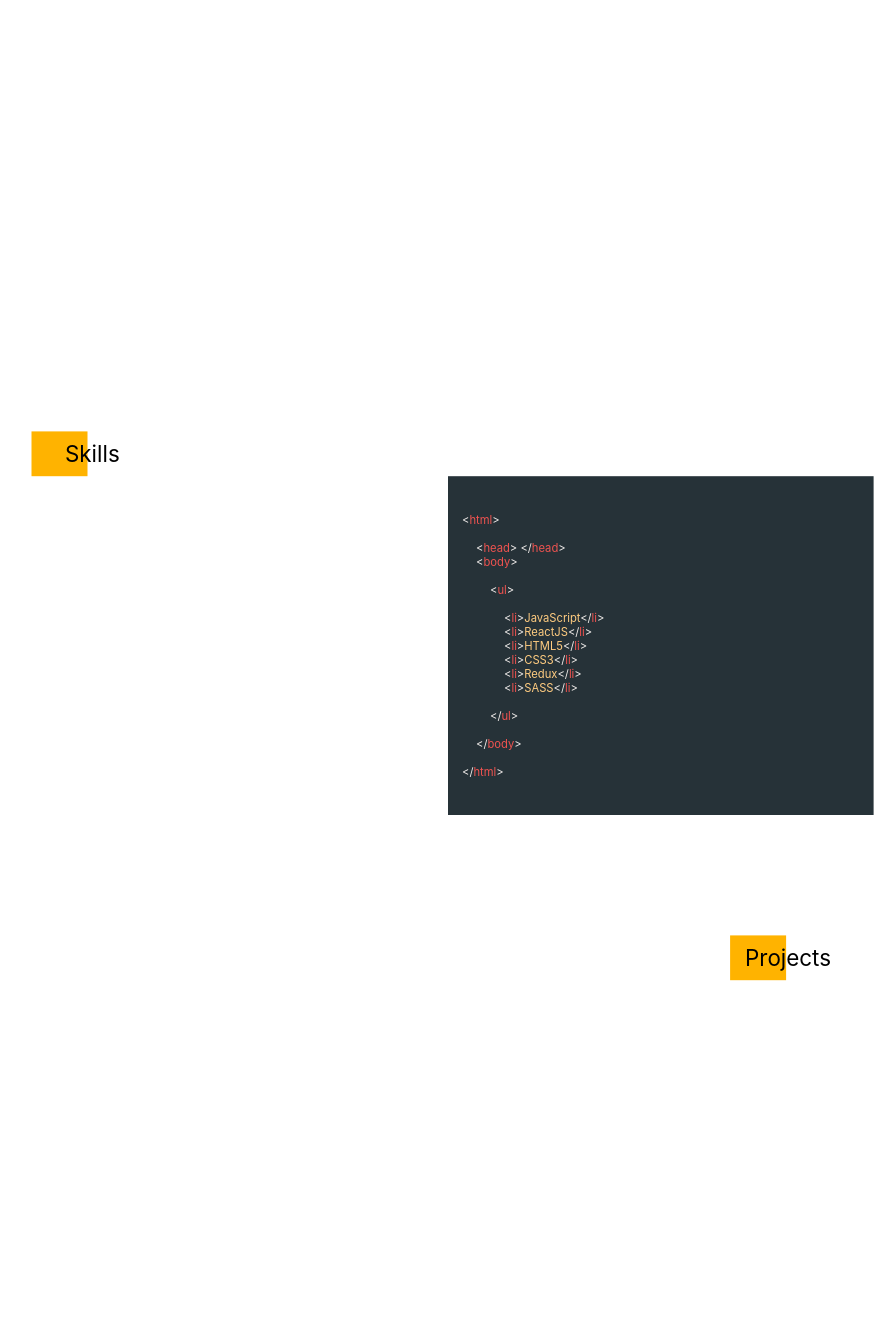
Repository: SebastianArmata22/Portfolio
Page: /
An editor plug-in stored every save of this project. The page is shown before and after the next save, followed by the edit.
The browser window is 1280 px wide. The pictures show the part of the page from y = 856 to 2776 px (the page is 3664 px tall), at 70% of full size.
The project was rebuilt for these pictures with package versions that can differ from the ones it lists, and the page was loaded fresh each time.

Above is the page before, as saved 2021-02-24 18:13:15.

### public/index.html
<!DOCTYPE html>
<html lang="en">
  <head>
    <meta charset="utf-8" />
    <link rel="icon" href="%PUBLIC_URL%/favicon.ico" />
    <meta name="viewport" content="width=device-width, initial-scale=1" />
    <meta name="theme-color" content="#000000" />
    <meta
      name="description"
      content="Web site created using create-react-app"
    />
    <link rel="apple-touch-icon" href="%PUBLIC_URL%/logo192.png" />
    <!--
      manifest.json provides metadata used when your web app is installed on a
      user's mobile device or desktop. See https://developers.google.com/web/fundamentals/web-app-manifest/
    -->
    <link rel="manifest" href="%PUBLIC_URL%/manifest.json" />
    <!--
      Notice the use of %PUBLIC_URL% in the tags above.
      It will be replaced with the URL of the `public` folder during the build.
      Only files inside the `public` folder can be referenced from the HTML.

      Unlike "/favicon.ico" or "favicon.ico", "%PUBLIC_URL%/favicon.ico" will
      work correctly both with client-side routing and a non-root public URL.
      Learn how to configure a non-root public URL by running `npm run build`.
    -->
    <title>Sebastian Armata</title>
  </head>
  <body>
    <noscript>You need to enable JavaScript to run this app.</noscript>
    <div id="root"></div>
    <!--
      This HTML file is a template.
      If you open it directly in the browser, you will see an empty page.

      You can add webfonts, meta tags, or analytics to this file.
      The build step will place the bundled scripts into the <body> tag.

      To begin the development, run `npm start` or `yarn start`.
      To create a production bundle, use `npm run build` or `yarn build`.
    -->
  </body>
</html>

### src/App.js
import './App.css'
//components
import Header from './components/header/Header'
import MainPage from './components/mainPage/MainPage'
import Skills from './components/skills/Skills'
import AboutMe from './components/aboutMe/AboutMe'
import Contact from './components/contact/Contact'
import Footer from './components/footer/Footer'
import Projects from './components/projects/Projects'

function App() {
  return (
    <div className="App">
      <header>
        <Header />
      </header>
      <main>
        <MainPage />
        <AboutMe />
        <Skills />
        <Projects />
        <Contact />
      </main>
      <footer>
        <Footer />
      </footer>
    </div>
  );
}

export default App;

### src/App.css
html, body,*{
    margin: 0;
    padding: 0;

}
*{
    box-sizing: border-box;
}

### src/components/header/Header.js
import classes from './header.module.scss'
import React from 'react'
import logo from '../../icons/logo_armata.svg'

const Header = ()=>{
    return(
        <div className={classes.header}>
            <img src={logo} alt="logo"></img>
            <ul>
                <li>About me</li>
                <li>Skills</li>
                <li>Projects</li>
                <li>Contact</li>
            </ul>
        </div>
    )
}
export default Header

### src/components/mainPage/MainPage.js
import classes from './mainPage.module.scss'
import React from 'react'

const MainPage = ()=>{
    return(
        <div className={classes.main_page_container}>
            <div>
                <p><span>Hello,</span></p>
                <p>I'm Sebastian Armata</p>
                <p>A Frontend <span>Developer</span></p>
            </div>
            <div></div>
        </div>
    )
}
export default MainPage

### src/components/skills/Skills.js
import classes from './skills.module.scss'
import React from 'react'
import ConsoleSkills from '../consoleSkills/ConsoleSkills'

const Skills = ()=>{

    return(
        <div className={classes.skills}>
            <header>
                <p>Skills</p>
            </header>
            <main>
                <div></div>
                <div>
                    <ConsoleSkills />
                </div>
            </main>
        </div>
    )
}
export default Skills

### src/components/aboutMe/AboutMe.js
import classes from './aboutme.module.scss'
import React from 'react'

const AboutMe = ()=>{
    return(
        <div className={classes.aboutMe}>
            <header>
                <p>About me</p>
            </header>
        </div>
    )
}
export default AboutMe

### src/components/contact/Contact.js
import classes from './contact.module.scss'
import React from 'react'

const Contact = ()=>{
    return(
        <div className={classes.contact}>
        <header>
            <p>Contact</p>
        </header>
    </div>
    )
}
export default Contact

### src/components/footer/Footer.js
import classes from './footer.module.scss'
import React from 'react'

const Footer = ()=>{
    return(
        <div className={classes.footer}>
            <p>Sebastian Armata </p>
        </div>
        )
}
export default Footer

### src/components/projects/Projects.js
import classes from './projects.module.scss'
import React from 'react'

const Projects = ()=>{
    return(
        <div className={classes.projects}>
            <header>
                <p>Projects</p>
            </header>
        </div>
    )
}
export default Projects

### src/components/header/header.module.scss
@import '../../variables.scss';

.header{
    height: 5rem;
    width: 100%;
    background-color: $third-main-color;
    display: flex;
    align-items: center;
    justify-content: space-between;
    padding: 1rem;
    img{
        padding: 0 2rem;
        height: 50px;
    }
    ul{
        display: flex;
        align-items: center;
        justify-content: space-between;
        width: 50%;
        li{
            list-style: none;
            text-align: center;
            color: $second-main-color;
            width: 10rem;
            font-size: 1rem;
            cursor: pointer;
            &:hover{
                color: $first-main-color;
            }
        }
    }
}

### src/components/mainPage/mainPage.module.scss
@import '../../variables.scss';

.main_page_container{
    height: calc(100vh - 5rem);
    width: 100%;
    background-color: $third-main-color;
    @include flex-container;
    padding: 3rem;
    div{
        width: 50%;
        height: 100%;
        display: flex;
        justify-content: center;
        flex-direction: column;
    }
    p{
        color: $second-main-color;
        font-size: 2rem;
        span{
            color: $first-main-color;
            font-size: 3rem;
        }
    }
}

### src/components/skills/skills.module.scss
@import '../../variables.scss';
.skills{
    width: 100%;
    height: 100vh;
    padding: 2rem;
    header{
        @include flex-container;
        p{
            position: relative;
            font-size: 2rem;
            height: 4rem;
            width: 90%;
            display: flex;
            align-items: center;
            &::after{
                display: block;
                content: "";
                    width: 5rem;
                    height: 100%;
                    z-index: -1;
                    position: absolute;
                    top:0;
                    left: -3rem;
                    background-color: $first-main-color;
            }
        }
    }
    main{
        display: flex;
        >div{
            width: 50%;
            height: calc(100vh - 5rem);
        }
    }
}

### src/components/consoleSkills/ConsoleSkills.js
import classes from './consoleSkills.module.scss'
import React from 'react'

const ConsoleSkills=()=>{
    return(
        <div className={classes.console_content}>
                            <ul>
                                <li>&lt;<span className={classes.html_text}>html</span>&gt;</li>
                                <li>
                                  <ul className="no-top-padding">
                                    <li>
                                      &lt;<span className={classes.html_text}>head</span>&gt;
                                      &lt;/<span className={classes.html_text}>head</span>&gt;
                                    </li>
                                    <li>&lt;<span className={classes.html_text}>body</span>&gt;</li>
                                    <li>
                                      <ul className="no-top-padding">
                                        <li>&lt;<span className={classes.html_text}>ul</span>&gt;</li>
                                        <ul className="no-top-padding">
                                          <li>
                                            &lt;<span className={classes.html_text}>li</span>&gt;
                                            <span className={classes.html_text_2}>JavaScript</span>
                                            &lt;/<span className={classes.html_text}>li</span>&gt;</li>
                                          <li>
                                            &lt;<span className={classes.html_text}>li</span>&gt;
                                            <span className={classes.html_text_2}>ReactJS</span>
                                            &lt;/<span className={classes.html_text}>li</span>&gt;
                                          </li>
                                          <li>
                                            &lt;<span className={classes.html_text}>li</span>&gt;
                                            <span className={classes.html_text_2}>HTML5</span>
                                            &lt;/<span className={classes.html_text}>li</span>&gt;
                                          </li>
                                          <li>
                                            &lt;<span className={classes.html_text}>li</span>&gt;
                                            <span className={classes.html_text_2}>CSS3</span>
                                            &lt;/<span className={classes.html_text}>li</span>&gt;
                                          </li>
                                          <li>
                                            &lt;<span className={classes.html_text}>li</span>&gt;
                                            <span className={classes.html_text_2}>Redux</span>
                                            &lt;/<span className={classes.html_text}>li</span>&gt;
                                          </li>
                                          <li>
                                            &lt;<span className={classes.html_text}>li</span>&gt;
                                            <span className={classes.html_text_2}>SASS</span>
                                            &lt;/<span className={classes.html_text}>li</span>&gt;
                                          </li>
                                        </ul>
                                        <li>&lt;/<span className={classes.html_text}>ul</span>&gt;</li>
                                      </ul>
                                    </li>
                                    <li>&lt;/<span className={classes.html_text}>body</span>&gt;</li>
                                  </ul>
                                </li>
                                <li>&lt;/<span className={classes.html_text}>html</span>&gt;</li>
                            </ul>
                        </div>

    )
}
export default ConsoleSkills

### src/components/aboutMe/aboutme.module.scss
@import '../../variables.scss';

.aboutMe{
    width: 100%;
    height: 100vh;
    padding: 2rem;
    header{
        @include flex-container;
        p{
            position: relative;
            font-size: 2rem;
            height: 4rem;
            width: 90%;
            display: flex;
            align-items: center;
            justify-content: flex-end;
            &::after{
                display: block;
                content: "";
                    width: 5rem;
                    height: 100%;
                    z-index: -1;
                    position: absolute;
                    top:0;
                    right: -2rem;
                    background-color: $first-main-color;
            }
        }
    }
}

### src/components/contact/contact.module.scss
@import '../../variables.scss';
.contact{
    width: 100%;
    height: 100vh;
    padding: 2rem;
    header{
        @include flex-container;
        p{
            position: relative;
            font-size: 2rem;
            height: 4rem;
            width: 90%;
            display: flex;
            align-items: center;
            &::after{
                display: block;
                content: "";
                    width: 5rem;
                    height: 100%;
                    z-index: -1;
                    position: absolute;
                    top:0;
                    left: 4rem;
                    background-color: $first-main-color;
            }
        }
    }
}

### src/components/footer/footer.module.scss
@import '../../variables.scss';
.footer{
    height: 4rem;
    background-color: $first-main-color;
    @include flex-container;
    color: $second-main-color;
    font-size: 1.25rem;
}

### src/components/projects/projects.module.scss
@import '../../variables.scss';
.projects{
    width: 100%;
    height: 100vh;
    padding: 2rem;
    header{
        @include flex-container;
        p{
            position: relative;
            font-size: 2rem;
            height: 4rem;
            width: 90%;
            display: flex;
            align-items: center;
            justify-content: flex-end;
            &::after{
                display: block;
                content: "";
                    width: 5rem;
                    height: 100%;
                    z-index: -1;
                    position: absolute;
                    top:0;
                    right: 4rem;
                    background-color: $first-main-color;
            }
        }
    }
}

### src/variables.scss
$first-main-color: #FFB300;
$second-main-color: #fff;
$third-main-color:#000;
@mixin flex-container {
    display: flex;
    align-items: center;
    justify-content: center;
}

### src/components/consoleSkills/consoleSkills.module.scss
.console_content{
    background-color: #263238;
    padding: 2rem 0;
}
ul {
    list-style: none;
    color: #EFEBE9;
    padding-left: 20px;
    padding-right: 20px;
    margin-top: 20px;
    margin-bottom: 20px;
  }
.html_text {
    color: #EF5350;
  }
  .html_text_2 {
    color: #FFCC80;
  }

Loaded but not shown: src/index.js (common file); src/index.css (common file); src/reportWebVitals.js (common file)

After the next save:
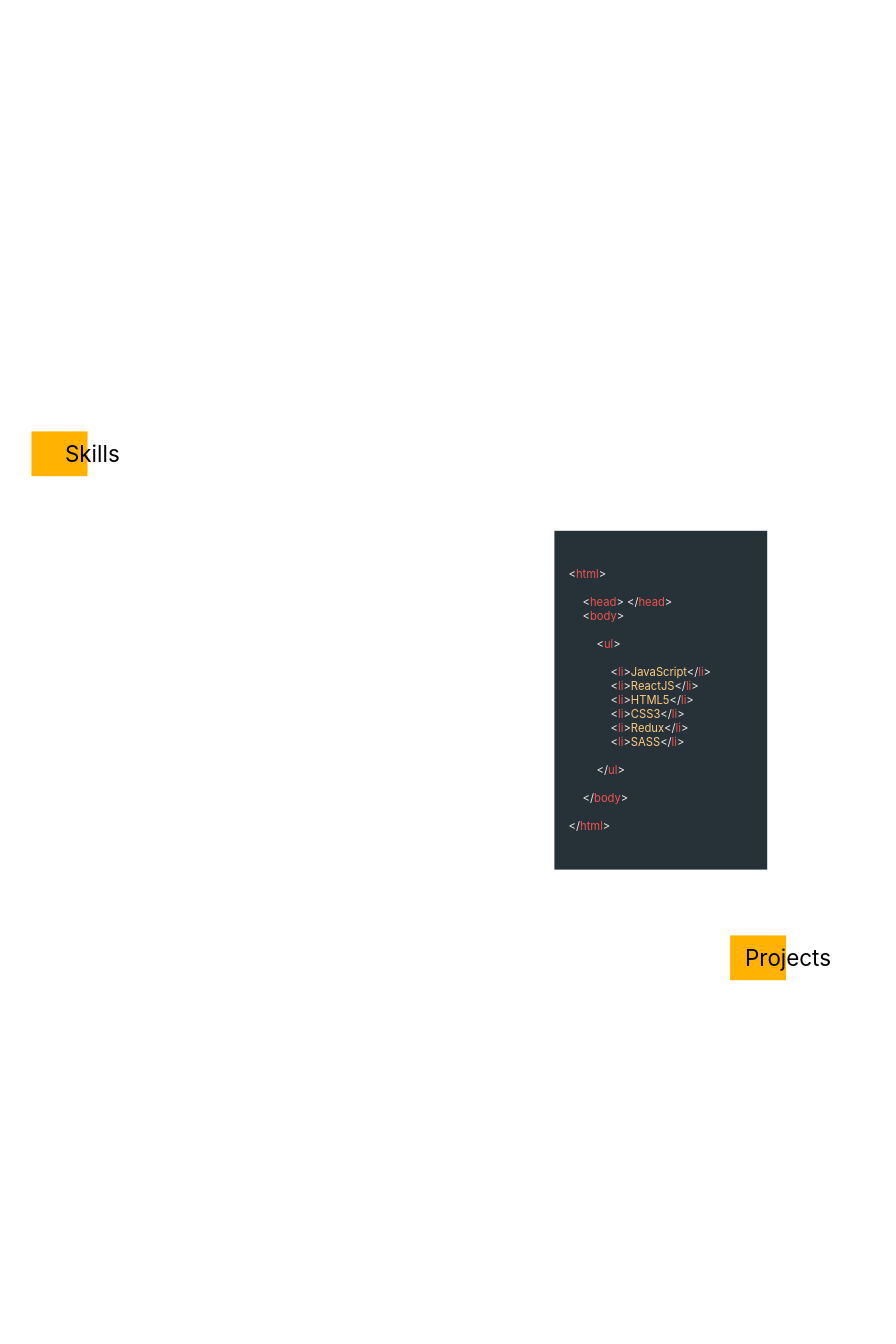
Saved 31 s later.
--- a/src/components/skills/skills.module.scss
+++ b/src/components/skills/skills.module.scss
@@ -30,6 +30,7 @@
         >div{
             width: 50%;
             height: calc(100vh - 5rem);
+            @include flex-container;
         }
     }
 }
